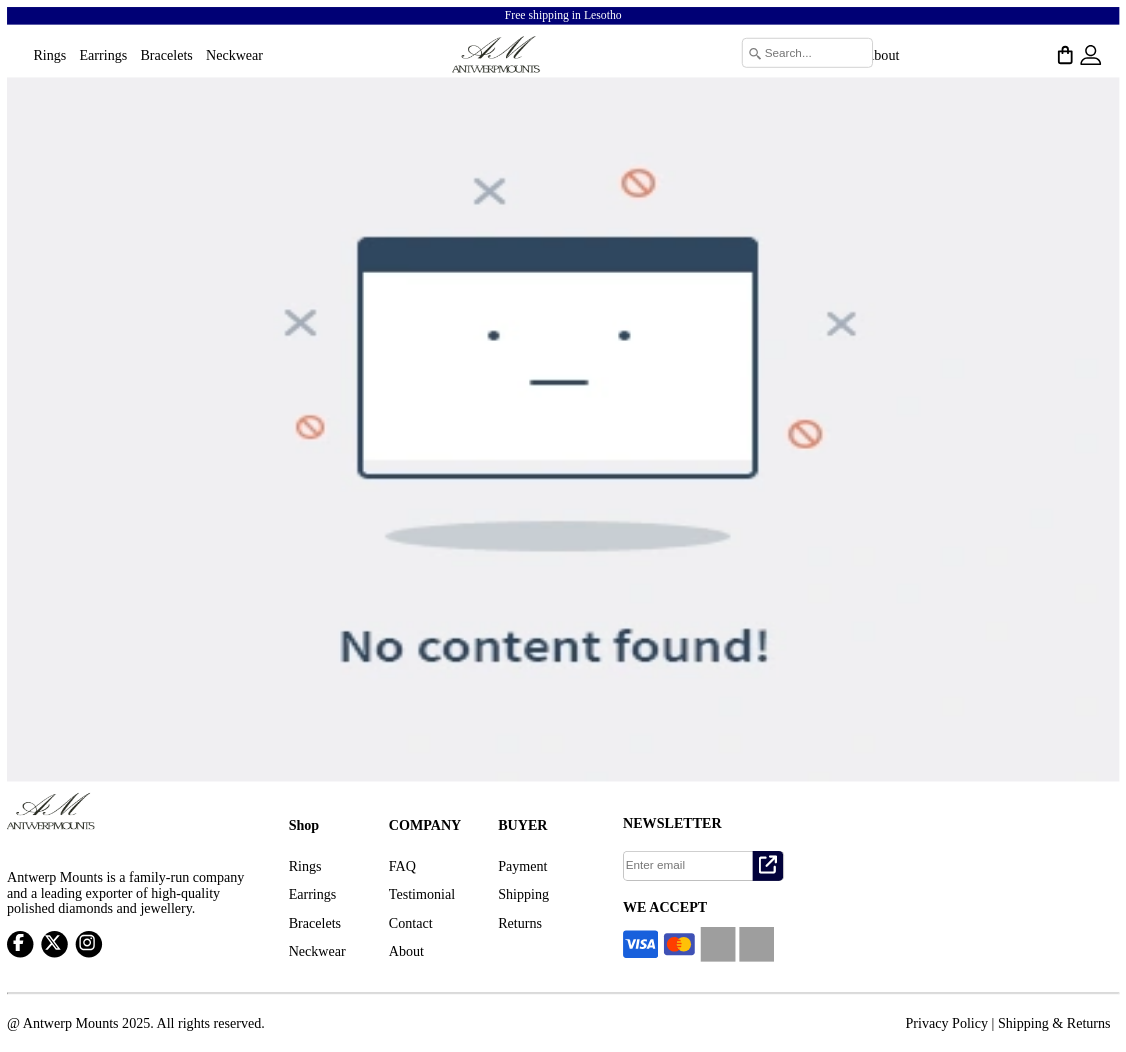
Repository: kea-0424/Web-Development-Project-1
Page: First_collaboration/JewelarySite.html
The author's editor kept a copy of each file at every save. The page is drawn from the files as they stood at one save, then again after a run of saves.
The browser window is 1280 px wide. The pictures show the whole page, at 88% of full size.
Pictures or frames that could not be fetched are drawn as grey boxes.

Above is the page before, as saved 2025-01-23 12:35:04.

After the next 6 saves:
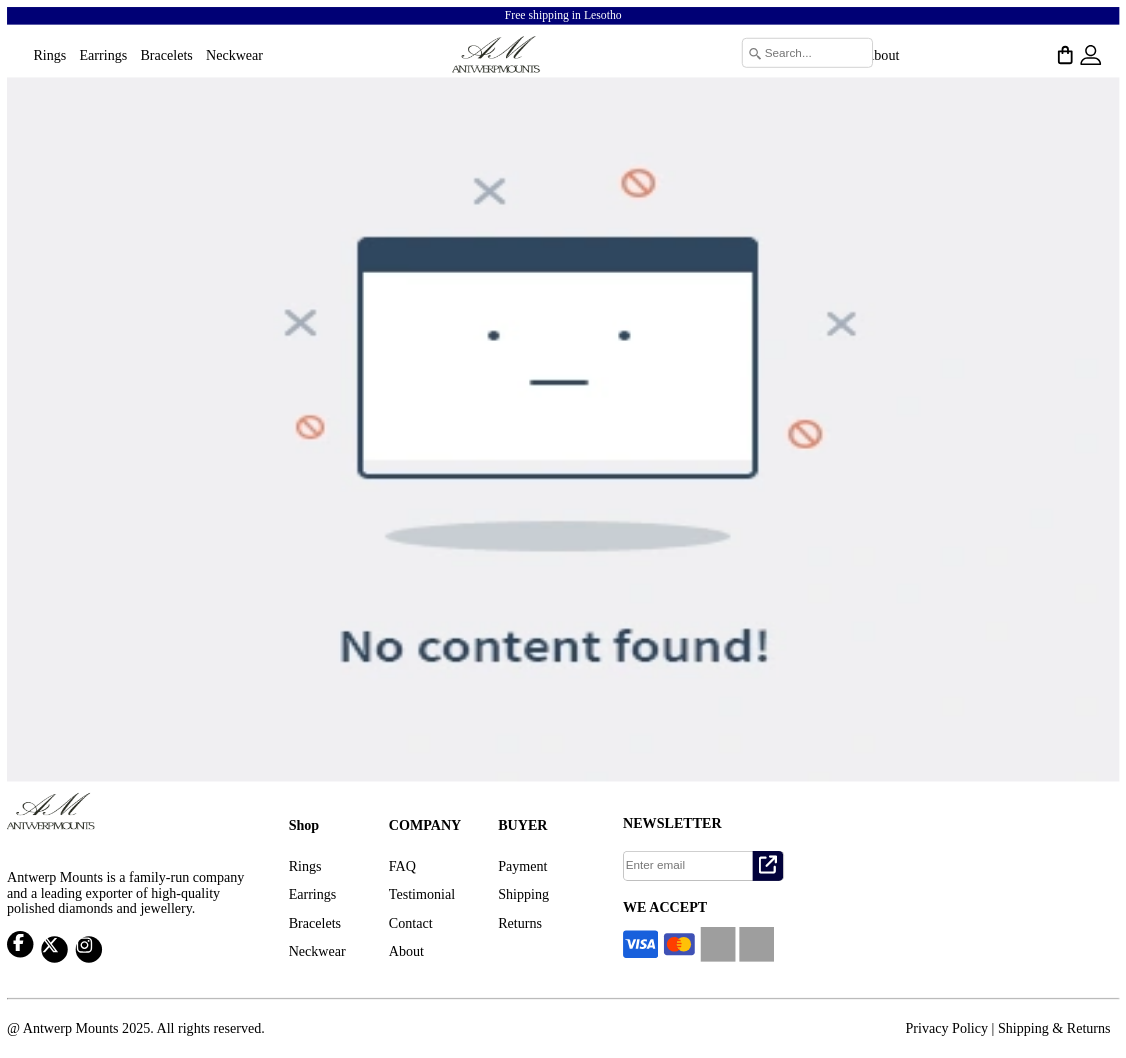
The 6 saves are shown as one change because they came seconds apart.
The last was saved 39 s later.
--- a/First_collaboration/JewelarySite.css
+++ b/First_collaboration/JewelarySite.css
@@ -127,13 +127,11 @@ main,.No_Content {
 #instagram_link {
     height: 20px;
     width: 20px;
-    padding: 3px;
 }
 #X_link {
     height: 20px;
     width: 20px;
     display: inline-block;
-    padding: 3px;
 }
 /*.list1,.list2,.list3*/.navigation{
     /*border: 1px solid red;*/
